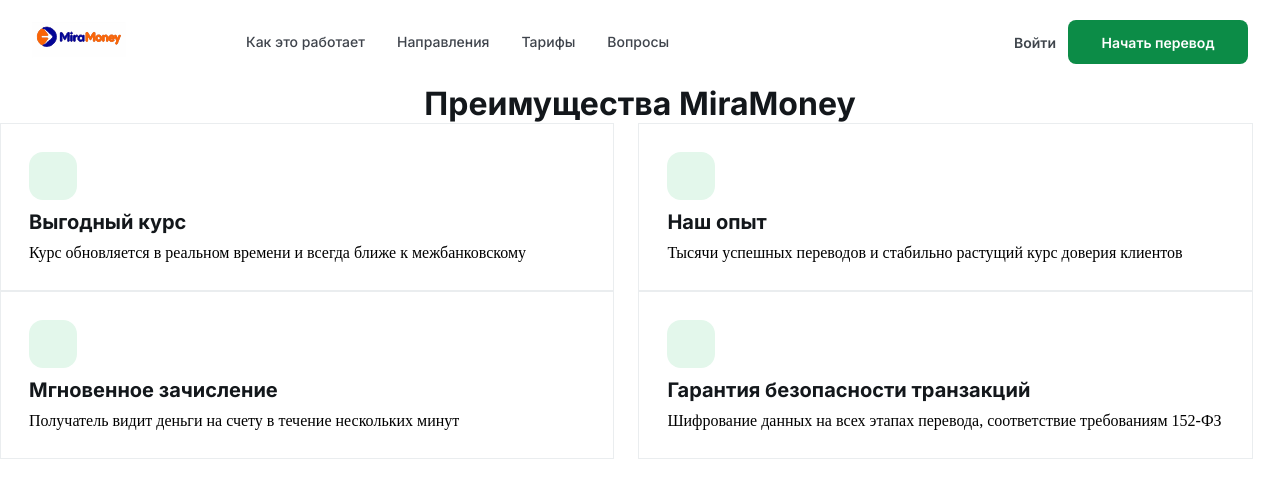
Repository: Shaiyr1/mira-money
Page: index.html
An editor plug-in stored every save of this project. The page is shown before and after a run of saves, followed by the edit.
The browser window is 1280 px wide. The pictures show the whole page.

Above is the page before, as saved 2026-10-20 16:31:27.

### index.html
<!DOCTYPE html>
<html lang="en">
<head>
    <meta charset="UTF-8">
    <meta http-equiv="X-UA-Compatible" content="IE=edge">
    <meta name="viewport" content="width=device-width, initial-scale=1.0">
    <link rel="stylesheet" href="/src/css/style.css">
    <title>Document</title>
</head>
<body>
    <header class="header">
        <nav class="header-nav">
            <a class="header-nav__link" href="">
                <img class="header-nav__link-logo" src="./src/img/logo.svg" alt="logo">
            </a>
            <ul class="header-nav__ul">
                <li class="header-nav__li">
                    <a class="header-nav__li-link" href="">Как это работает</a>
                </li>
                <li class="header-nav__li">
                    <a class="header-nav__li-link" href="">Направления</a>
                </li>
                <li class="header-nav__li">
                    <a class="header-nav__li-link" href="">Тарифы</a>
                </li>
                <li class="header-nav__li">
                    <a class="header-nav__li-link" href="">Вопросы</a>
                </li>
            </ul>
            <div class="header-nav__sign">
                <a class="header-nav__sign-link" href="">Войти</a>
                <button class="header-nav__sign-btn">Начать перевод</button>
            </div>
        </nav>
    </header>
    <main class="main">
        <section class="home">
            <div class="container">

            </div>
        </section>
        <section class="advantages">
            <div class="container">
                <h2 class="advantages__title">
                    Преимущества MiraMoney
                </h2>
                <div class="advantages-blocks">
                    <div class="advantages-block">
                        <img class="advantages-block__icon" src="./src/img/icon.svg" alt="icon">
                        <h5 class="advantages-block__title">Выгодный курс</h5>
                        <p class="advantages-block__subtitle">Курс обновляется в реальном времени и всегда ближе к межбанковскому</p>
                    </div>
                    <div class="advantages-block">
                        <img class="advantages-block__icon" src="./src/img/icon.svg" alt="icon">
                        <h5 class="advantages-block__title">Наш опыт</h5>
                        <p class="advantages-block__subtitle">Тысячи успешных переводов и стабильно растущий курс доверия клиентов</p>
                    </div>
                </div>
                <div class="advantages-blocks">
                    <div class="advantages-block">
                        <img class="advantages-block__icon" src="./src/img/icon.svg" alt="icon">
                        <h5 class="advantages-block__title">Мгновенное зачисление</h5>
                        <p class="advantages-block__subtitle">Получатель видит деньги на счету в течение нескольких минут</p>
                    </div>
                    <div class="advantages-block">
                        <img class="advantages-block__icon" src="./src/img/icon.svg" alt="icon">
                        <h5 class="advantages-block__title">Гарантия безопасности транзакций</h5>
                        <p class="advantages-block__subtitle">Шифрование данных на всех этапах перевода, соответствие требованиям 152-ФЗ</p>
                    </div>
                </div>
            </div>
        </section>
    </main>
</body>
</html>

### src/css/style.css
@import url('https://fonts.googleapis.com/css2?family=Inter:ital,opsz,wght@0,14..32,100..900;1,14..32,100..900&display=swap');

* {
    margin: 0;
    padding: 0;
    box-sizing: border-box;
}

.container {
    width: 1280px;
    margin: 0 auto;
}

.header {}

.header-nav {
    width: 95%;
    height: 84px;
    margin: 0 auto;
    display: flex;
    align-items: center;
}

.header-nav__link {}

.header-nav__link-logo {}

.header-nav__ul {
    margin-left: 120px;
    display: flex;
    align-items: center;
    gap: 32px;
}

.header-nav__li {
    list-style-type: none;
}

.header-nav__li-link {
    text-decoration: none;
    color: #3f444c;
    font-size: 14px;
    font-family: Inter;
    font-weight: 500;
    transition: 0.4s;
}

.header-nav__li-link:hover {
    color: #0c8c47;
    transition: 0.4s;
    font-size: 14.5px;
}

.header-nav__sign {
    margin-left: auto;
    display: flex;
    align-items: center;
    gap: 12px;
}

.header-nav__sign-link {
    text-decoration: none;
    color: #3f454c;
    font-size: 14px;
    font-family: Inter;
    font-weight: 600;
    transition: 0.4s;
}

.header-nav__sign-link:hover {
    color: #0c8c47;
    transition: 0.4s;
    font-size: 14.5px;

}

.header-nav__sign-btn {
    background-color: #0c8c47;
    width: 180px;
    height: 44px;
    border-radius: 8px;
    color: #ffffff;
    font-size: 14px;
    font-family: Inter;
    font-weight: 600;
    border: none;
    cursor: pointer;
    transition: 0.4s;
}

.header-nav__sign-btn:hover {
    background-color: rgb(0, 96, 0);
    transition: 0.4s;
}



.advantages {}

.advantages__title {
    color: #13171b;
    text-align: center;
    font-size: 32px;
    font-family: Inter;
    font-weight: 700;
}

.advantages-blocks {
    width: 100%;
    display: flex;
    align-items: center;
    gap: 24px;
}

.advantages-block {
    width: 48%;
    /* height:220px; */
    border: 1px solid #eaedef;
    padding: 28px;
    display: flex;
    flex-direction: column;
    align-items: flex-start;
    gap: 10px;
}

.advantages-block__icon {}

.advantages-block__title {
    color: #13171b;
    font-size: 20px;
    font-family: Inter;
    font-weight: 700;
}

.advantages-block__subtitle {}

After the next 2 saves:
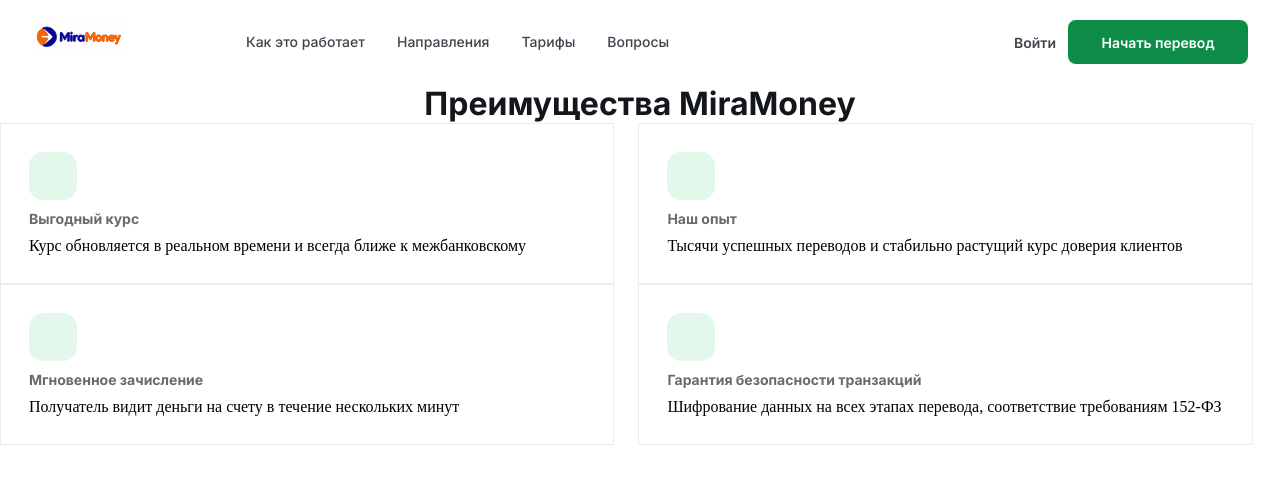
The 2 saves are shown as one change because they came seconds apart.
The last was saved 19 s later.
--- a/src/css/style.css
+++ b/src/css/style.css
@@ -130,6 +130,11 @@
     font-size: 20px;
     font-family: Inter;
     font-weight: 700;
+    color: #666b72;
+    text-align: left;
+    vertical-align: text-top;
+    font-size: 14px;
+    font-family: Inter;
 }
 
 .advantages-block__subtitle {}
